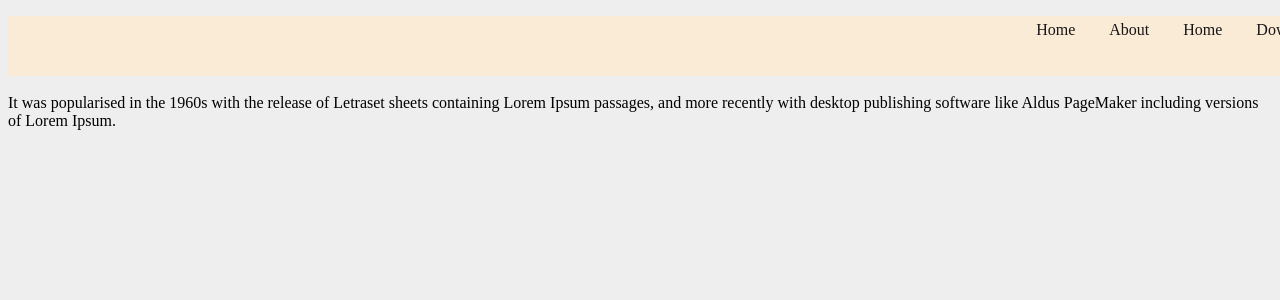
Repository: RafalSiuta/notiweb
Page: policy.html
These files come from the project's save history. The page is drawn as it stood at one moment and after the next save; the edit follows.
The browser window is 1280 px wide. The pictures show the whole page.

Above is the page before, as saved 2024-12-14 21:07:00.

After the next save:
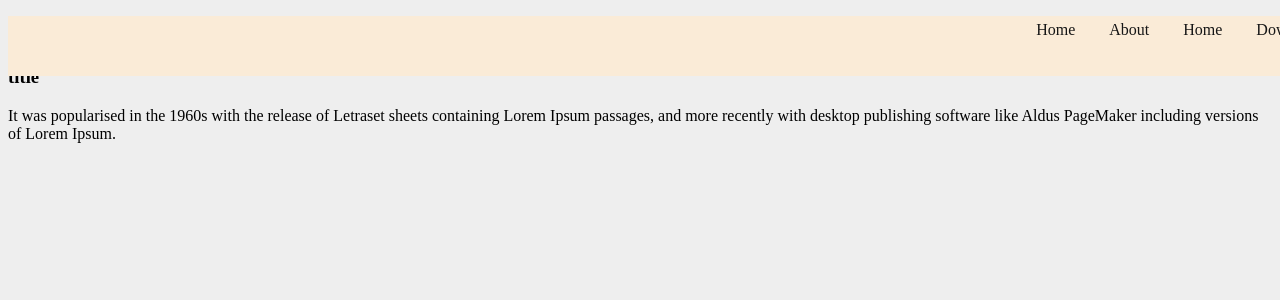
Saved 56 s later.
--- a/policy.html
+++ b/policy.html
@@ -24,11 +24,15 @@
         <header>
             <h1>Privacy policy</h1>
         </header>
-        <div>
-            <h3>title</h3>
-            <p>It was popularised in the 1960s with the release of Letraset sheets containing Lorem Ipsum passages, and more recently
-            with desktop publishing software like Aldus PageMaker including versions of Lorem Ipsum.</p>
+        <div class="main">
+            <div class="item">
+                <h3>title</h3>
+                <p>It was popularised in the 1960s with the release of Letraset sheets containing Lorem Ipsum passages, and more
+                    recently
+                    with desktop publishing software like Aldus PageMaker including versions of Lorem Ipsum.</p>
+            </div>
         </div>
+
 
         <script src="" async defer></script>
     </body>
